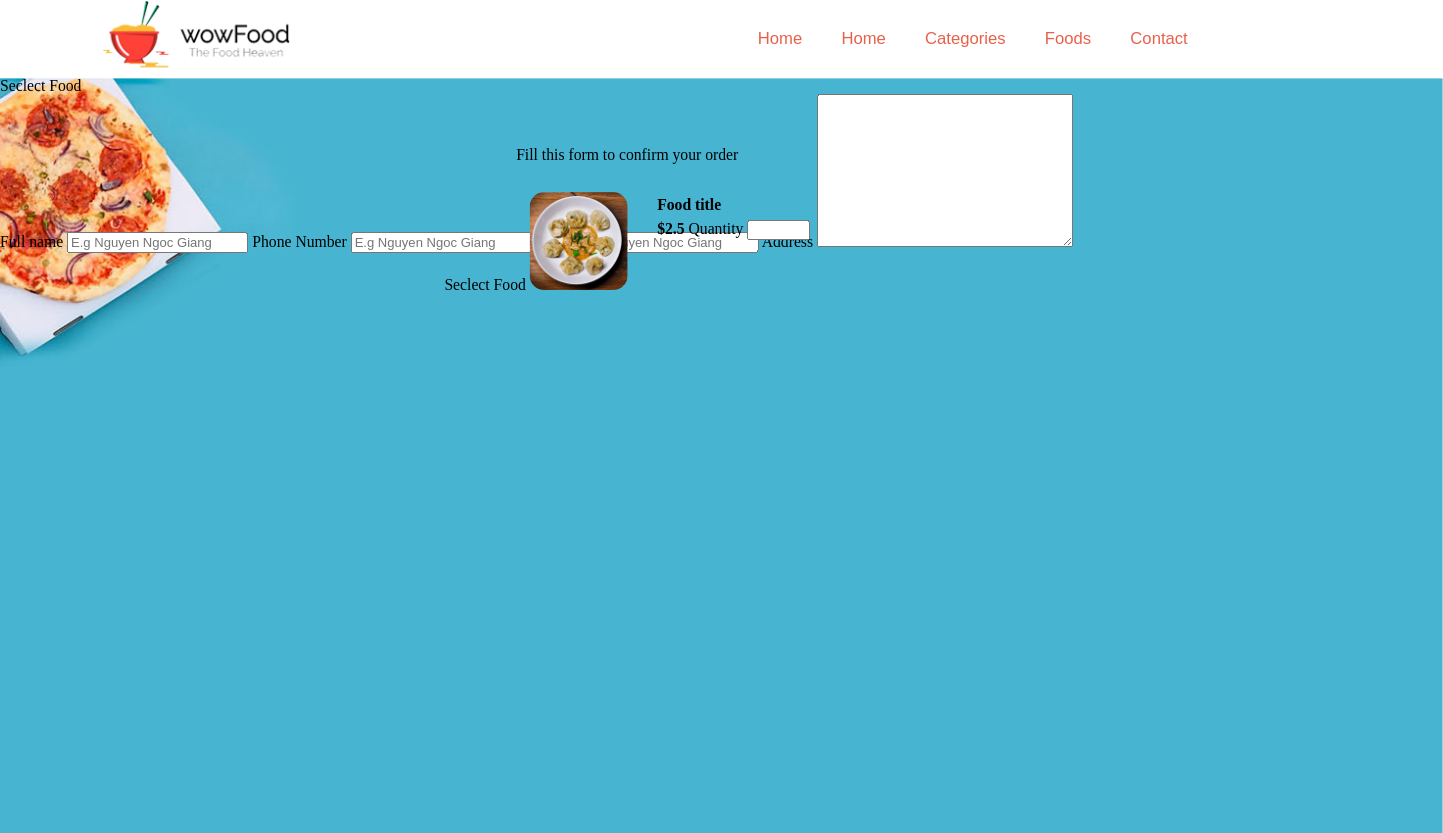
Repository: ruaruababa/WowFood
Page: order.html
An editor plug-in stored every save of this project. The page is shown before and after a run of saves, followed by the edit.
The browser window is 1280 px wide. The page is 1472 px wide, so the pictures cover 1472 px, including what lies to the right of the window. The pictures show the whole page, at 98% of full size.

Above is the page before, as saved 2021-09-19 22:10:57.

### order.html
<!DOCTYPE html>
<html lang="en">

<head>
    <meta charset="UTF-8">
    <meta http-equiv="X-UA-Compatible" content="IE=edge">
    <meta name="viewport" content="width=device-width, initial-scale=1.0">
    <title>Order Food</title>
    <link rel="stylesheet" href="./style.css">
    <link rel="stylesheet" href="./reset.css">
    <link rel="stylesheet" href="./order.css">
</head>

<body>
    <nav>
        <input type="checkbox" id="check" />
        <label for="check" class="checkbtn">
            <i class="fas fa-bars"></i>
        </label>
        <label class="logo">
            <img src="./img/logo.png" alt="" class="img-logo" />
        </label>
        <ul class="navbar">
            <li><a class="active" href="#">Home</a></li>
            <li><a href="#">Home</a></li>
            <li><a href="#">Categories</a></li>
            <li><a href="#">Foods</a></li>
            <li><a href="#">Contact</a></li>
        </ul>
    </nav>
    <section id=section-order>
        <img src="./bgorder.jpg" alt="" class="bgr" style="position: absolute; z-index: -1;">
        <div class="container-order">
            <form action="">
                <h3 class="title-order">Fill this form to confirm your order</h3>
                <label for="" class="seclect">Seclect Food</label>
                <div class="container-seclect-food">
                    <div class="img-food">
                        <label for="" class="seclect">Seclect Food</label>
                        <img src="./img/menu-momo.jpg" alt="" class="bgr-item" />
                    </div>
                    <div class="content-food">
                        <h6 class="title-item">Food title</h6>
                        <span class="price-item">$2.5</span>
                        <label for="" class="quantity">Quantity</label>
                        <input type="number" min="1" max="100">
                    </div>
                </div>
                <div class="container-delivery-title">
                    <lable class="full-name">Full name</lable>
                    <input type="text" placeholder="E.g Nguyen Ngoc Giang">
                    <lable class="phone-number">Phone Number</lable>
                    <input type="text" placeholder="E.g Nguyen Ngoc Giang">
                    <lable class="email">Email</lable>
                    <input type="text" placeholder="E.g Nguyen Ngoc Giang">
                    <lable class="Address">Address</lable>
                    <textarea name="address" id="" cols="30" rows="10"></textarea>


                </div>
            </form>
        </div>
    </section>
</body>

</html>

### style.css

li {
  text-decoration: none;
}

a {
  text-decoration: none;
}

nav {
  height: 80px;
  width: 100%;
}

label.logo {
  padding: 0 100px;
}

nav ul {
  float: right;
  margin-right: 50px;
}

nav ul li {
  display: inline-block;
  line-height: 80px;
  margin: 0 5px;
  font-family: "Poppins", sans-serif;
}

nav ul li a {
  color: #e7614a;
  font-size: 17px;
  padding: 7px 13px;
  border-radius: 3px;
}

.checkbtn {
  font-size: 30px;
  color: white;
  float: right;
  line-height: 80px;
  margin-right: 40px;
  cursor: pointer;
  display: none;
}

#check {
  display: none;
}

ul:hover li {
  filter: blur(3px);
  opacity: 0.5;
  transform: scale(0.98);
  box-shadow: none;
}

ul:hover li:hover {
  transform: scale(1.1);
  filter: blur(0px);
  opacity: 1;
  box-shadow: 0 8px 20px 0px rgba(0, 0, 0, 0.125);
}

.container-section-search {
  position: relative;
  text-align: center;
  margin-top: 15px;
}

.background-search {
  height: 250px;
}

.background-search img {
  height: inherit;
  width: 100%;
  object-fit: cover;
}

.form {
  width: 100%;
  position: absolute;
  top: 50%;
  left: 50%;
  transform: translate(-50%, -50%);
  height: 22px;
}

.input-search {
  width: 35%;
  height: inherit;
}

.btn-search {
  background-color: rgba(250, 59, 59, 0.849);
  border: none;
  border-radius: 5px;
  font-size: 14px;
  color: white;
  cursor: pointer;
  padding: 3px;
}

#section-collection {
  position: relative;
}

.container-section-collection {
  height: max-content;
}

.explore-food {
  padding-top: 70px;
  text-align: center;
  font-size: 24px;
  font-family: "Poppins", sans-serif;
}

.collection-food {
  width: 100%;
}

.list-food {
  margin-top: 50px;
  display: flex;
  justify-content: center;
  column-gap: 50px;
}

.list-food li {
  width: 330px;
  height: 400px;
  transition: 0.2s all;
}

.list-food li:hover {
  transform: scale(0.95);
}

.list-food li img {
  width: 100%;
  height: 100%;
  object-fit: cover;
  border-radius: 10px;
}

.list-food li span {
  font-family: "Poppins", sans-serif;
  display: block;
  font-size: 20px;
  text-align: center;
  color: #ffffff;
  margin-top: -50px;
}

article {
  background-color: #ececec;
}

.title-food-menu {
  padding-top: 70px;
  font-size: 24px;
  text-align: center;
  font-family: "Poppins", sans-serif;
}

.container-menu {
  padding-top: 50px;
  display: grid;
  grid-gap: 20px;
  grid-template-columns: repeat(auto-fit, minmax(550px, 1fr));
  grid-auto-rows: 180px;
  justify-items: center;
  font-family: "Poppins", sans-serif;
}

.container-item:nth-child(odd) {
  justify-self: end;
}

.container-item:nth-child(even) {
  justify-self: start;
}

.container-item {
  background-color: #ffffff;
  display: flex;
  align-items: center;
  border-radius: 15px;
}

.container-item img {
  width: 25%;
  height: 70%;
  object-fit: cover;
  border-radius: 15px;
  margin: 0 28px;
}

.container-item .item-content {
  width: 100%;
  height: 70%;
  object-fit: cover;
  border-radius: 15px;
  margin: 0 28px;
}

.item-content {
  display: inline-block;
}

.title-item {
  font-size: 16px;
  font-weight: bold;
  line-height: 25px;
}

.price-item {
  line-height: 25px;
  font-weight: bold;
}

.des-item {
  font-size: 14px;
  line-height: 20px;
  color: #747d9c;
}

.oder-item {
  text-decoration: none;
  background-color: #f56b81;
  color: white;
  border-radius: 5px;
  padding: 3px;
  display: inline-block;
}

.footer-food-menu {
  margin-top: 30px;
}

.see-all-foods {
  display: block;
  text-align: center;
  text-decoration: none;
  color: #f56b81;
  padding-bottom: 50px;
  font-family: "Poppins", sans-serif;
  transition: 0.2s all;
}

.see-all-foods:hover {
  text-decoration: underline;
  transform: scale(1.1);
}

.social-network-icon {
  display: flex;
  justify-content: center;
  margin-top: 30px;
}

.icon-insta {
  margin: 0 30px;
}

.license {
  margin-top: 40px;
  margin-bottom: 30px;
  font-family: "Poppins", sans-serif;
}

.license p {
  text-align: center;
}

.license p a {
  text-decoration: none;
  color: #e7614a;
}

@media (max-width: 952px) {
  label.logo {
    padding-left: 50px;
  }

  nav ul li a {
    font-size: 16px;
  }

  .container-item:nth-child(odd) {
    justify-self: center;
  }

  .container-item:nth-child(even) {
    justify-self: center;
  }
}

@media (max-width: 858px) {
  i {
    color: black;
  }

  .checkbtn {
    display: block;
  }

  .navbar {
    position: fixed;
    width: 100%;
    height: 250px;
    left: -100%;
    text-align: center;
    transition: all 0.5s;
    z-index: 2;
    background-color: #ffffff;
  }

  nav ul li {
    display: block;
    margin: 10px 0;
    line-height: 30px;
  }

  nav ul li a {
    font-size: 20px;
  }

  #check:checked ~ ul {
    left: 0;
  }

  .container-section-collection {
    height: max-content;
  }
}

section {
  position: relative;
}
@media (max-width: 858px) {
   .container-menu {
    padding-top: 50px;
    display: grid;
    grid-gap: 20px;
    grid-template-columns: repeat(auto-fit, minmax(550px, 1fr));
    grid-auto-rows: 180px;
    justify-items: center;
    font-family: "Poppins", sans-serif;
  }
}

@media (max-width: 414px) {
  label img {
    margin-left: -50px;
  }
  i.fa-bars {
    margin-right: -20px;
  }
  .navbar {
    position: fixed;
    width: 414px;
    height: 250px;
    left: -100%;
    text-align: center;
    transition: all 0.5s;
    z-index: 2;
    background-color: #ffffff;
  }

  nav ul li {
    display: block;
    margin: 10px 0;
    line-height: 30px;
  }

  nav ul li a {
    font-size: 20px;
  }

  #check:checked ~ ul {
    left: 0;
  }
  .list-food {
    display: flex;
    flex-direction: column;
    gap: 15px;
  }

  .item {
    align-self: center;
  }

  .container-menu {
    padding-top: 50px;
    display: grid;
    grid-gap: 20px;
    grid-template-columns: repeat(auto-fit, minmax(375px, 1fr));
    grid-auto-rows: 180px;
    justify-items: center;
    font-family: "Poppins", sans-serif;
  }
}

@media (max-width: 375px) {
  label img {
    margin-left: -50px;
  }
  i.fa-bars {
    margin-right: -20px;
  }
  .navbar {
    position: fixed;
    width: 375px;
    height: 250px;
    left: -100%;
    text-align: center;
    transition: all 0.5s;
    z-index: 2;
    background-color: #ffffff;
  }

  nav ul li {
    display: block;
    margin: 10px 0;
    line-height: 30px;
  }

  nav ul li a {
    font-size: 20px;
  }

  #check:checked ~ ul {
    left: 0;
  }

  .list-food {
    display: flex;
    flex-direction: column;
    gap: 15px;
  }

  .item {
    align-self: center;
  }

  .container-menu {
    padding-top: 50px;
    display: grid;
    grid-gap: 20px;
    grid-template-columns: repeat(auto-fit, minmax(375px, 1fr));
    grid-auto-rows: 180px;
    justify-items: center;
    font-family: "Poppins", sans-serif;
  }
  @media (max-width: 320px) {
  label img {
    margin-top: -70px;
    margin-left: -50px;
    padding-bottom: 10px;
  }
  i.fa-bars {
    margin-right: -20px;
    padding-top: 20px;
  }
  .navbar {
    position: fixed;
    width: 320px;
    height: 250px;
    left: -100%;
    text-align: center;
    transition: all 0.5s;
    z-index: 2;
    background-color: #ffffff;
    margin-top: -5px;
  }

  nav ul li {
    display: block;
    margin: 10px 0;
    line-height: 30px;
  }

  nav ul li a {
    font-size: 20px;
  }

  #check:checked ~ ul {
    left: 0;
  }

  .list-food {
    display: flex;
    flex-direction: column;
    gap: 15px;
  }

  .item {
    align-self: center;
  }

  .container-menu {
    padding-top: 50px;
    display: grid;
    grid-gap: 20px;
    grid-template-columns: repeat(auto-fit, minmax(319px, 1fr));
    grid-auto-rows: 180px;
    justify-items: center;
    font-family: "Poppins", sans-serif;
  }
}

/* article{
  position: relative;
  top: 200px;
} */

### order.css
.container-order{
    position: relative;
}
.title-order{
    position: absolute;
    left: 50%;
    transform: translateX(-50%);
    padding-top: 70px;
}
.container-seclect-food{
    display: flex;
    position: absolute;
    left: 50%;
    transform: translateX(-50%);
    margin-top: 100px;
    align-self: center;
    justify-content: center;
    gap: 30px;
}
.img-food{
    display: inline;
}
.img-food img{
    width: 100px;
    border-radius: 15px;
}
.pro

Loaded but not shown: reset.css (common file)

After the next 2 saves:
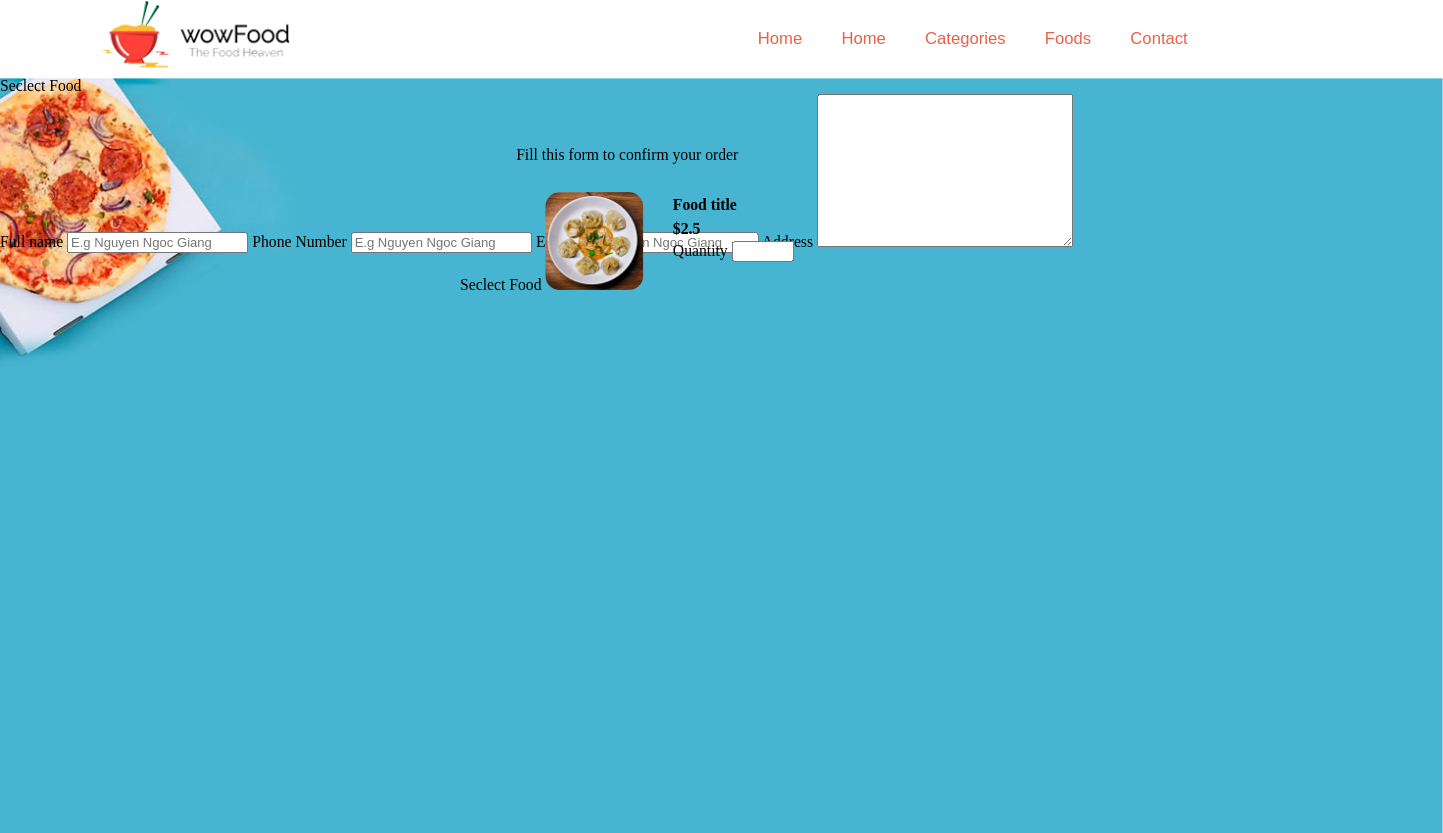
The 2 saves are shown as one change because they came seconds apart.
The last was saved 7 s later.
--- a/order.css
+++ b/order.css
@@ -24,4 +24,6 @@
     width: 100px;
     border-radius: 15px;
 }
-.pro
+.price-item{
+    display: block;
+}
